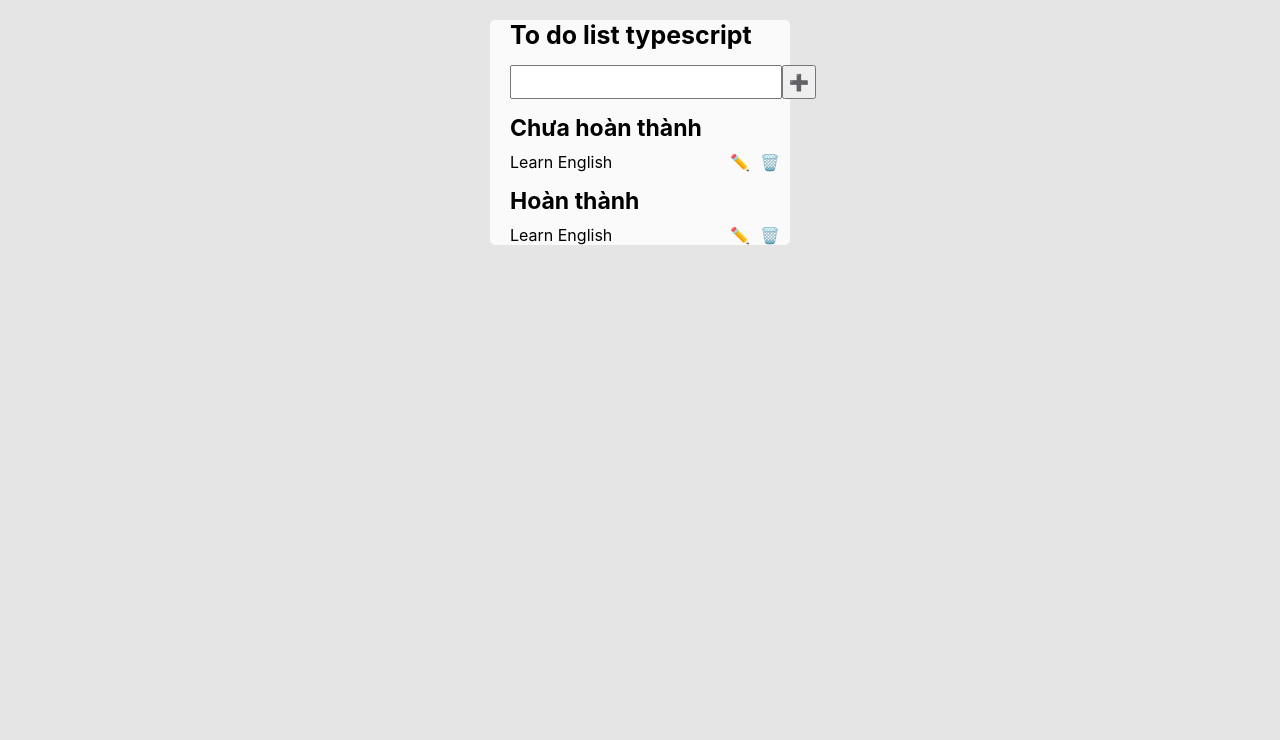
Repository: ChauVanLoc/TodoList-Reactjs
Page: / (app in todo-app/)
An editor plug-in stored every save of this project. The page is shown before and after the next save, followed by the edit.
The browser window is 1280 px wide. The pictures show the whole page.
The project was rebuilt for these pictures with package versions that can differ from the ones it lists, and the page was loaded fresh each time.

Above is the page before, as saved 2022-12-04 20:30:19.

### todo-app/src/index.tsx
import React from "react";
import ReactDOM from "react-dom/client";
import TodoList from "./components/TodoList/TodoList";
import "./index.css";
import reportWebVitals from "./reportWebVitals";

const root = ReactDOM.createRoot(
  document.getElementById("root") as HTMLElement
);
root.render(
  <React.StrictMode>
    <TodoList />
  </React.StrictMode>
);

// If you want to start measuring performance in your app, pass a function
// to log results (for example: reportWebVitals(console.log))
// or send to an analytics endpoint. Learn more: https://bit.ly/CRA-vitals
reportWebVitals();

### todo-app/src/components/TodoList/TodoList.tsx
import React from "react";
import TaskInput from "../TaskInput/TaskInput";
import TaskList from "../TaskList/TaskList";
import TodoStyle from "./TodoListStyle.module.scss";

type Props = {};

function TodoList({}: Props) {
  return (
    <div className={TodoStyle["container"]}>
      <div className={TodoStyle["header"]}>To do list typescript</div>
      <TaskInput />
      <div>
        <TaskList title="Chưa hoàn thành" />
        <TaskList title="Hoàn thành" />
      </div>
    </div>
  );
}

export default TodoList;

### todo-app/src/index.css
*,
*:before,
*:after {
  box-sizing: border-box;
}

* {
  margin: 0;
  padding: 0;
  font: inherit;
}

img,
picture,
svg,
video {
  display: block;
  max-width: 100%;
}

body {
  min-height: 100vh;
  margin: 0;
  font-family: -apple-system, BlinkMacSystemFont, 'Segoe UI', 'Roboto', 'Oxygen',
    'Ubuntu', 'Cantarell', 'Fira Sans', 'Droid Sans', 'Helvetica Neue',
    sans-serif;
  -webkit-font-smoothing: antialiased;
  -moz-osx-font-smoothing: grayscale;
  background-color: #E5E5E5;
}

code {
  font-family: source-code-pro, Menlo, Monaco, Consolas, 'Courier New',
    monospace;
}

### todo-app/src/components/TaskInput/TaskInput.tsx
import React from "react";
import taskInputStyled from "./TaskInputStyle.module.scss";
type Props = {};

function TaskInput({}: Props) {
  return (
    <div className={taskInputStyled["wrapTaskInput"]}>
      <input type="text" name="keySearch" id="" />
      <button>➕</button>
    </div>
  );
}

export default TaskInput;

### todo-app/src/components/TaskList/TaskList.tsx
import React from "react";
import taskListStyled from "./TaskListStyle.module.scss";
type Props = {
  title: string;
  // content;
};

function TaskList({ title }: Props) {
  return (
    <div className={taskListStyled["content"]}>
      <div className={taskListStyled["title"]}>{title}</div>
      <div className={taskListStyled["wrapContent"]}>
        <div className={taskListStyled["row"]}>
          <div>
            <span>Learn English</span>
          </div>
          <div className={taskListStyled["toolBox"]}>
            <span>✏️</span>
            <span>🗑️</span>
          </div>
        </div>
      </div>
    </div>
  );
}

export default TaskList;

### todo-app/src/components/TodoList/TodoListStyle.module.scss
.container {
  width: 300px;
  height: auto;
  margin: 20px auto;
  background-color: #fafafa;
  border: 1px solid none;
  border-radius: 5px;
  padding: 0 20px;
  .header {
    width: 270px;
    font-weight: bold;
    font-size: 25px;
    margin: 0 auto 15px auto;
  }
}

### todo-app/src/components/TaskInput/TaskInputStyle.module.scss
.wrapTaskInput {
  width: 270px;
  height: auto;
  margin-left: auto;
  margin-right: auto;
  display: flex;
  justify-content: space-between;
  input {
    padding: 5px 10px;
    outline: none;
  }
  button {
    padding: 5px;
  }
}

### todo-app/src/components/TaskList/TaskListStyle.module.scss
.content {
  width: 270px;
  height: auto;
  margin: 15px auto 0 auto;
  .title {
    padding-bottom: 10px;
    font-weight: bold;
    font-size: 23px;
  }
  .wrapContent {
    .row {
      display: flex;
      flex-direction: row;
      justify-content: space-between;
    }
    .toolBox {
      span:nth-child(2) {
        margin-left: 10px;
      }
    }
  }
}

Loaded but not shown: todo-app/public/index.html (common file); todo-app/src/reportWebVitals.ts (common file)

After the next save:
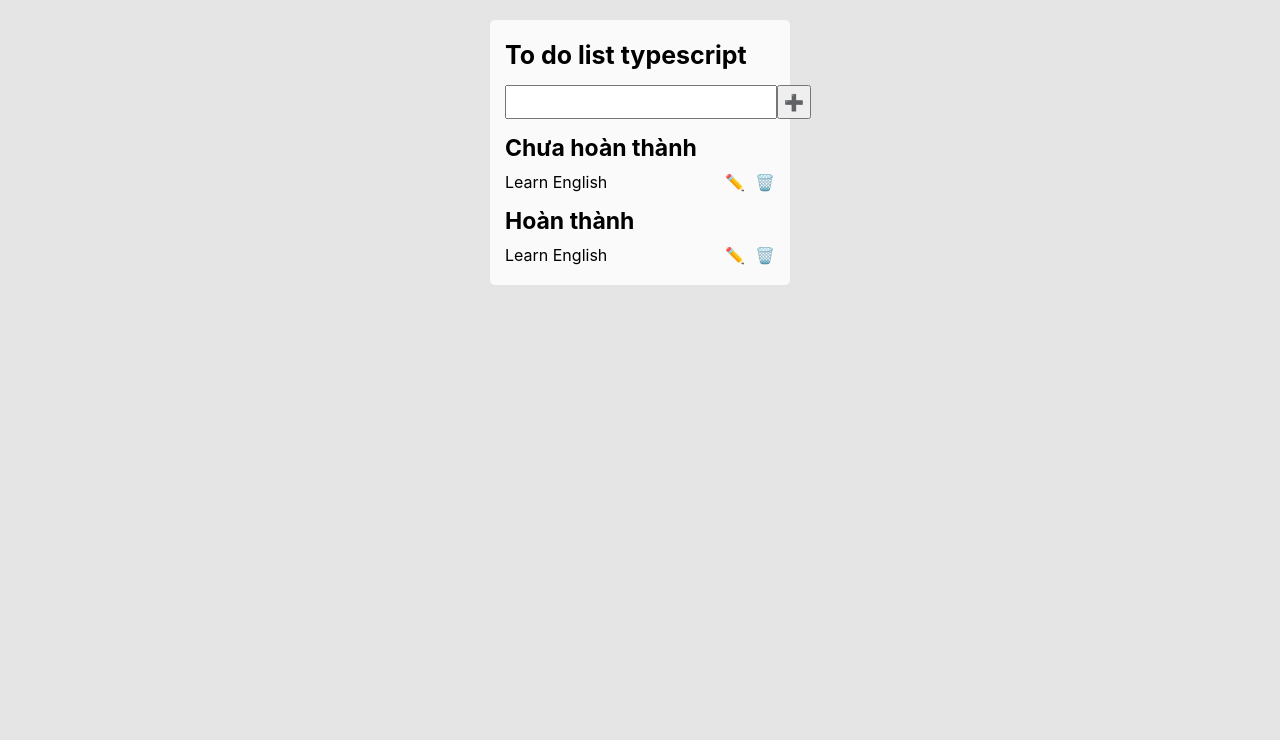
Saved 11 s later.
--- a/todo-app/src/components/TodoList/TodoListStyle.module.scss
+++ b/todo-app/src/components/TodoList/TodoListStyle.module.scss
@@ -5,7 +5,7 @@
   background-color: #fafafa;
   border: 1px solid none;
   border-radius: 5px;
-  padding: 0 20px;
+  padding: 20px 0;
   .header {
     width: 270px;
     font-weight: bold;
